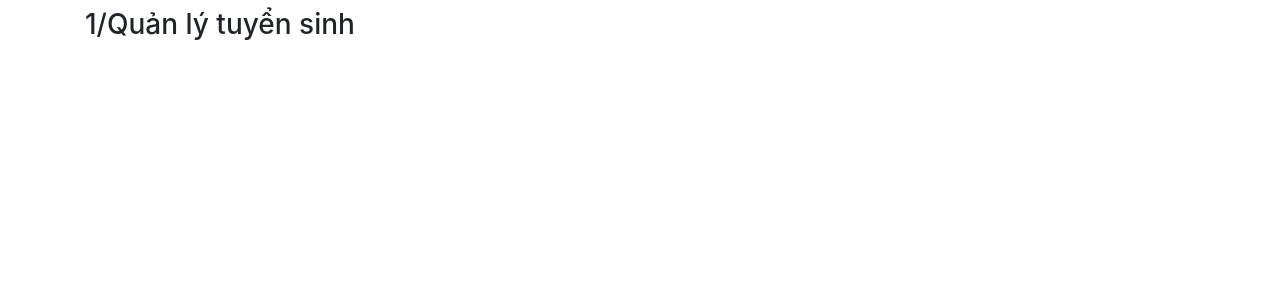
Repository: baobaodeveloper/bootcamp21__jsbasic4_HuynhAnhBao
Page: index.html
These files come from the project's save history. The page is drawn as it stood at one moment and after the next save; the edit follows.
The browser window is 1280 px wide. The pictures show the whole page.

Above is the page before, as saved 2022-03-13 17:25:22.

After the next save:
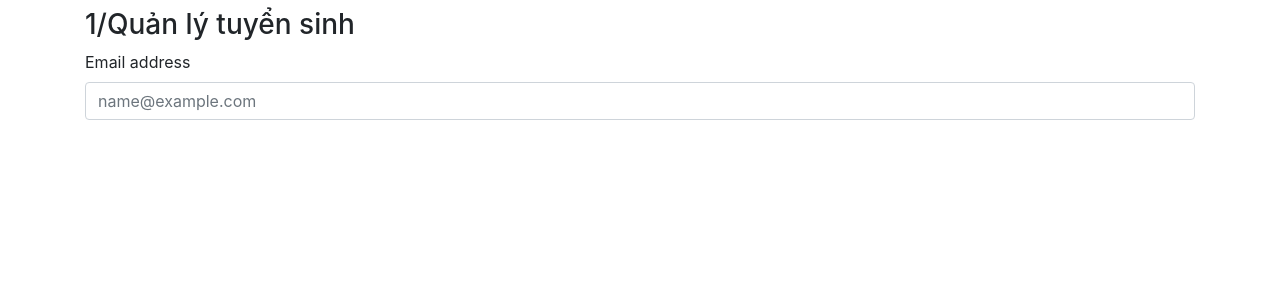
Saved 97 s later.
--- a/index.html
+++ b/index.html
@@ -21,6 +21,17 @@
     <!-- 1/Quản lý tuyển sinh -->
     <div class="container mt-2">
       <h3>1/Quản lý tuyển sinh</h3>
+      <div class="mb-3">
+        <label for="exampleFormControlInput1" class="form-label"
+          >Email address</label
+        >
+        <input
+          type="email"
+          class="form-control"
+          id="exampleFormControlInput1"
+          placeholder="name@example.com"
+        />
+      </div>
     </div>
     <!-- Optional JavaScript -->
     <!-- jQuery first, then Popper.js, then Bootstrap JS -->
